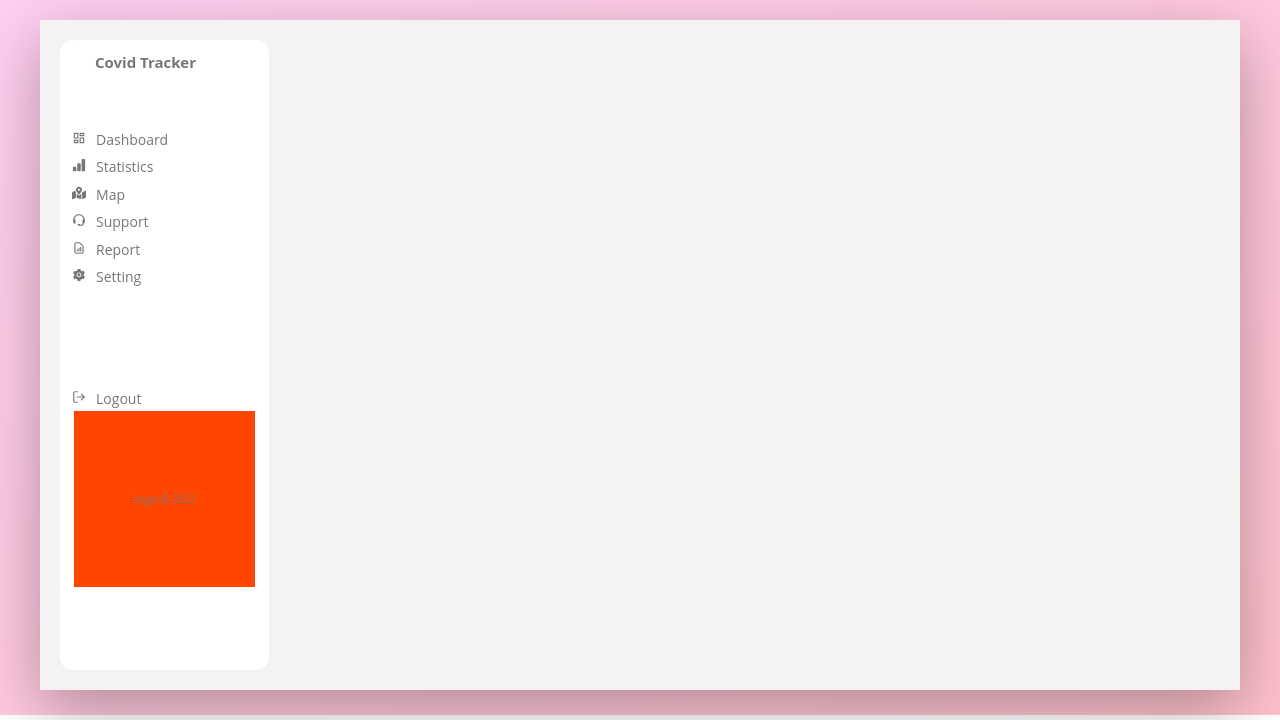
Repository: okidijimmy200/CovidAdminTracker
Page: /
An editor plug-in stored every save of this project. The page is shown before and after the next save, followed by the edit.
The browser window is 1280 px wide. The pictures show the whole page.
The project was rebuilt for these pictures with package versions that can differ from the ones it lists, and the page was loaded fresh each time.

Above is the page before, as saved 2022-06-16 12:16:26.

After the next save:
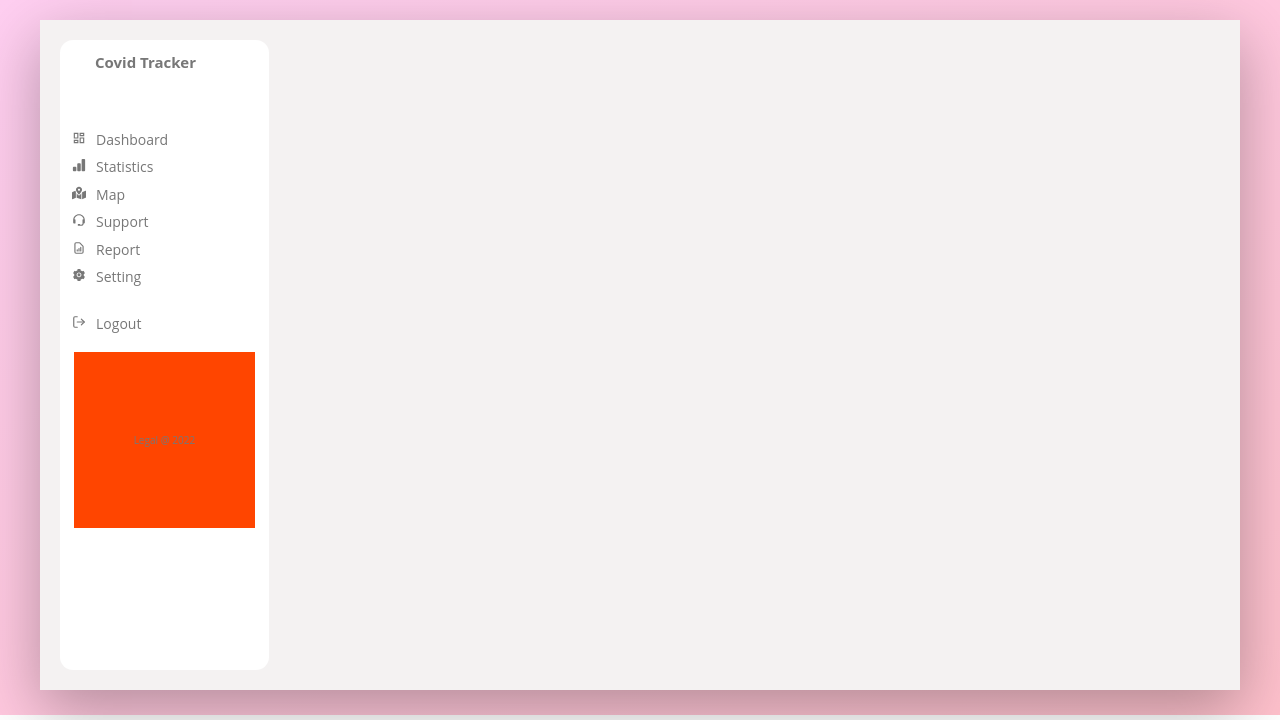
Saved 18 s later.
--- a/src/sidebar/sidebar.scss
+++ b/src/sidebar/sidebar.scss
@@ -65,7 +65,7 @@
    }
 }
 .logout {
-    margin-top: 10rem;
+    margin-top: 2.5rem;
 }
 .sidebar-flex {
     display: flex;
